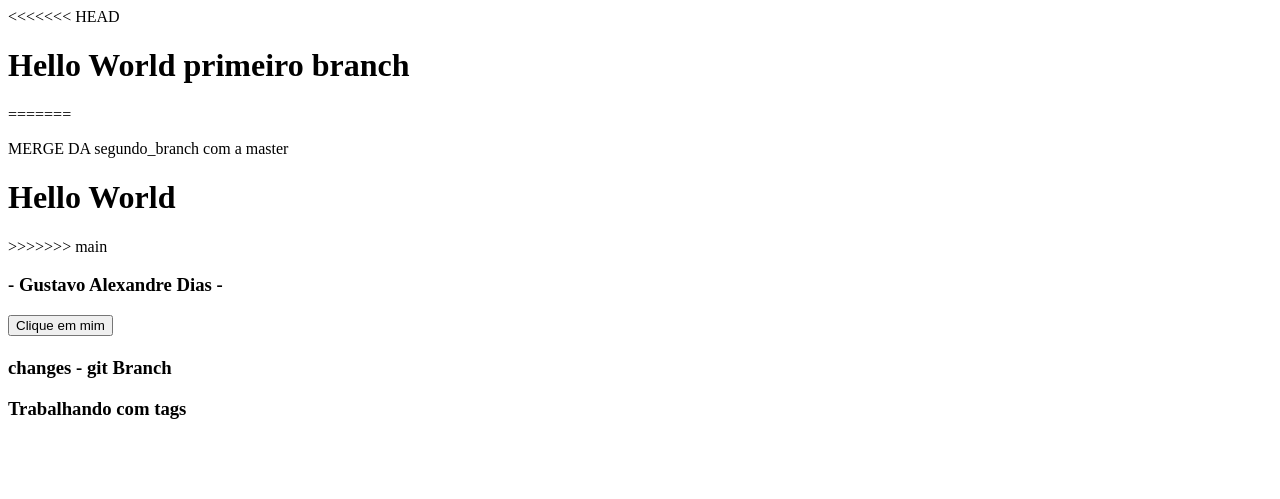
Repository: gustavo-eng/curso_git_1
Page: teste.html
An editor plug-in stored every save of this project. The page is shown before and after the next save, followed by the edit.
The browser window is 1280 px wide. The pictures show the whole page.

Above is the page before, as saved 2023-01-13 13:06:52.

### teste.html
<!DOCTYPE html>
<html lang="en">
<head>
    <meta charset="UTF-8">
    <meta http-equiv="X-UA-Compatible" content="IE=edge">
    <meta name="viewport" content="width=>, initial-scale=1.0">
    <script src="./teste2.js"></script>
    <title>Document</title>
</head>
<body>
<<<<<<< HEAD

    <h1>Hello World primeiro branch  </h1>
=======
    <p> MERGE DA segundo_branch com a master </p>
    <h1>Hello World </h1>
>>>>>>> main
    <h3 > - Gustavo Alexandre Dias - </h3>
    <button class="btn"> Clique em mim  </button>
    <h4 class="nome"> </h4>
    <h3>changes -  git Branch </h3>
    <h3> Trabalhando com tags </h3>
</body>
</html>

### teste2.js
const h = document.querySelector('.nome')
const botao = document.querySelector('.btn')

if (botao){
    botao.addEventListener('click', (event) => {
        event.preventDefault();
        h.innerHTML  = 'Ola Gustavo'
    })

}



const soma = (a = 1, b = 1) => {
    return a + b
}

/* status.innerHTML = 'Status:Login Válido,sistema de busca logo embaixo. O formulário será apagado em alguns segundos';3*/

After the next save:
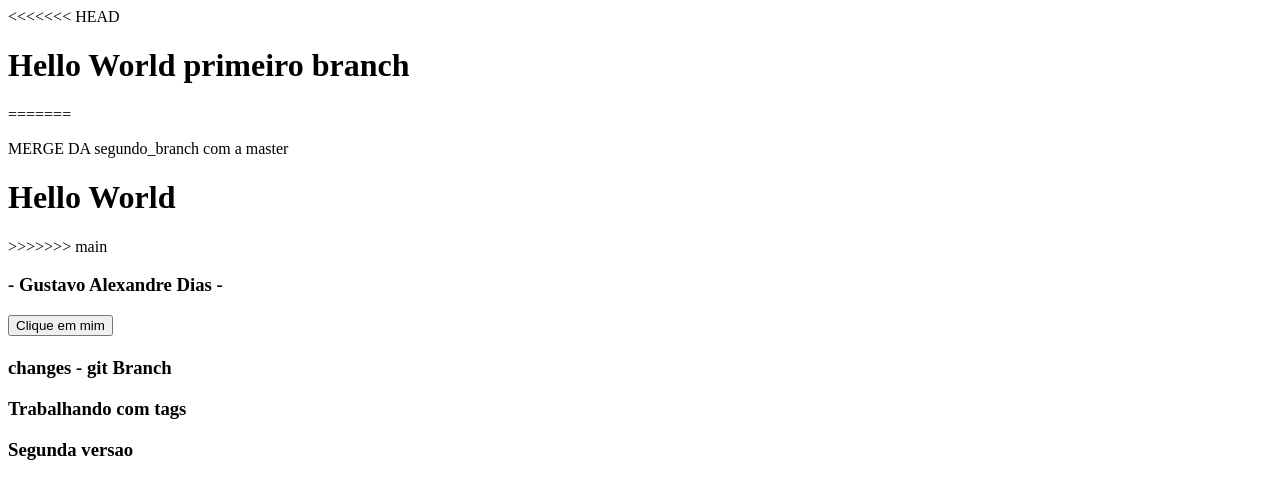
Saved 3 min 15 s later.
--- a/teste.html
+++ b/teste.html
@@ -20,5 +20,6 @@
     <h4 class="nome"> </h4>
     <h3>changes -  git Branch </h3>
     <h3> Trabalhando com tags </h3>
+    <h3> Segunda versao  </h3>
 </body>
 </html>
